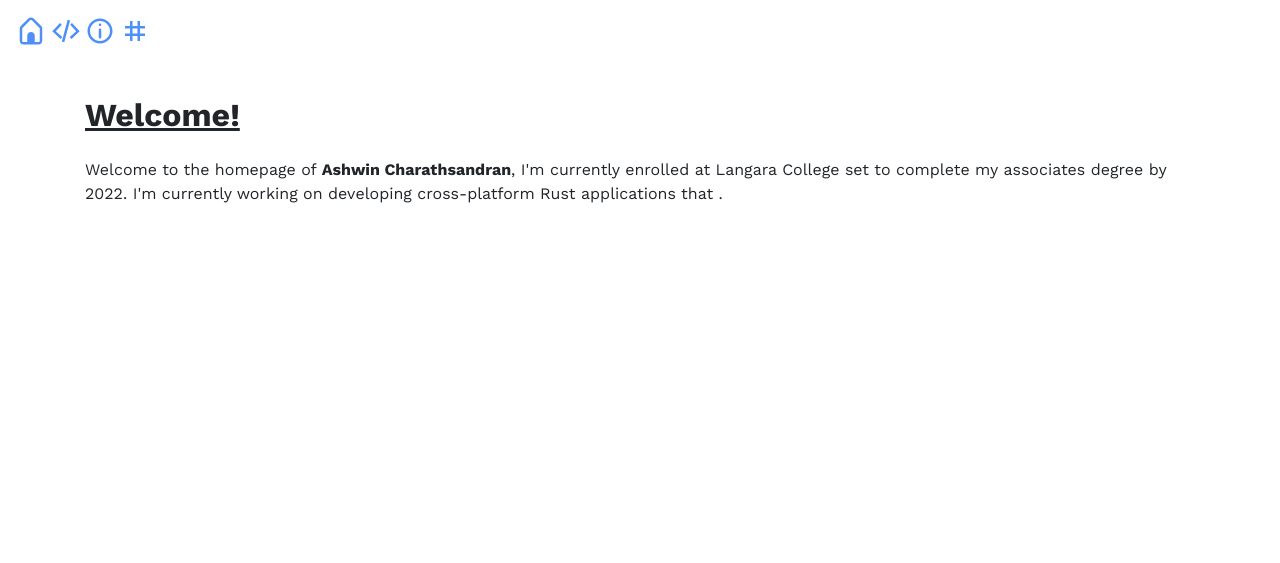
Repository: xxiz/ashwin.lol_flask
Page: http://localhost/
These files come from the project's save history. The page is drawn as it stood at one moment and after the next save; the edit follows.
The browser window is 1280 px wide. The pictures show the whole page.
The page is served by the project's application, run on Flask 3 (app.py).

Above is the page before, as saved 2021-08-31 16:59:25.

After the next save:
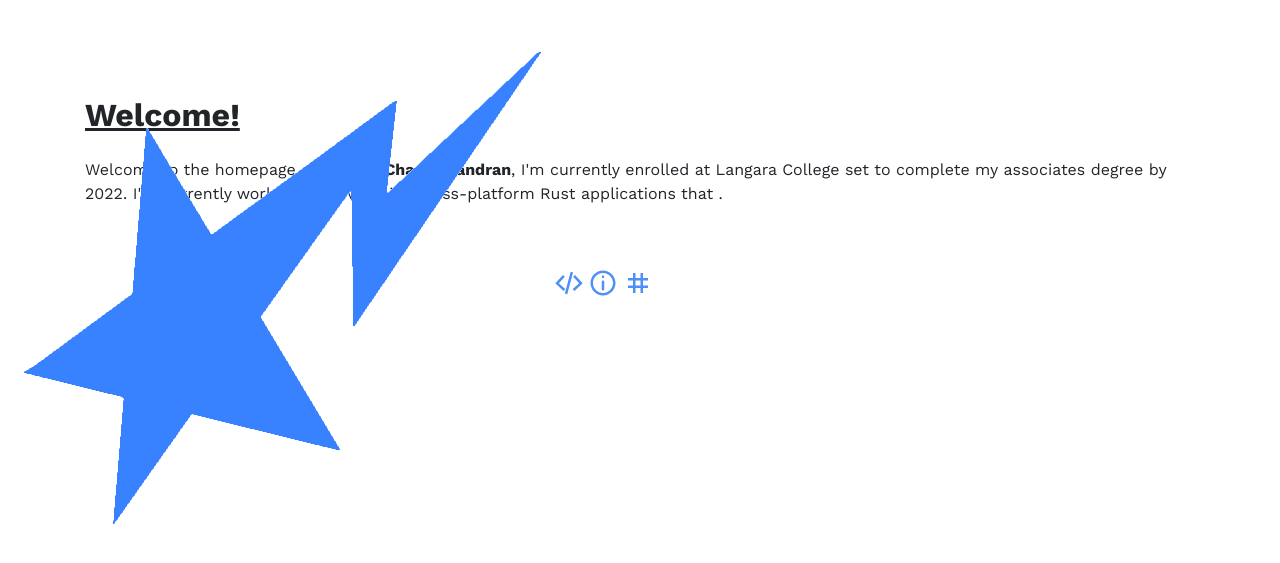
Saved 4 min 26 s later.
--- a/templates/base.html
+++ b/templates/base.html
@@ -13,7 +13,8 @@
 <body>
   <header>
     <nav>
-      <a href="/"><?xml version="1.0" encoding="UTF-8"?><svg fill="none" viewBox="0 0 24 24" xmlns="http://www.w3.org/2000/svg"><path d="m6 22.879c-1.6568 0-3-1.3432-3-3v-10c0-0.03389 0.00169-0.0674 0.00498-0.10043h-0.00498c0-0.57596 0.2288-1.1283 0.63607-1.5356l6.2426-6.2426c1.1715-1.1716 3.071-1.1716 4.2426 0l6.2426 6.2426c0.4073 0.40726 0.6361 0.95963 0.6361 1.5356h-5e-3c0.0033 0.03303 5e-3 0.06654 5e-3 0.10043v10c0 1.6568-1.3431 3-3 3h-12zm6.7071-19.464 6.2929 6.2929v10.172c0 0.5522-0.4477 1-1 1h-3v-5c0-1.6569-1.3431-3-3-3s-3 1.3431-3 3v5h-3c-0.55228 0-1-0.4478-1-1v-10.172l6.2929-6.293c0.3905-0.39052 1.0237-0.39052 1.4142 0z" clip-rule="evenodd" fill="currentColor" fill-rule="evenodd"/></svg></a>
+      <!-- <a href="/"><?xml version="1.0" encoding="UTF-8"?><svg fill="none" viewBox="0 0 24 24" xmlns="http://www.w3.org/2000/svg"><path d="m6 22.879c-1.6568 0-3-1.3432-3-3v-10c0-0.03389 0.00169-0.0674 0.00498-0.10043h-0.00498c0-0.57596 0.2288-1.1283 0.63607-1.5356l6.2426-6.2426c1.1715-1.1716 3.071-1.1716 4.2426 0l6.2426 6.2426c0.4073 0.40726 0.6361 0.95963 0.6361 1.5356h-5e-3c0.0033 0.03303 5e-3 0.06654 5e-3 0.10043v10c0 1.6568-1.3431 3-3 3h-12zm6.7071-19.464 6.2929 6.2929v10.172c0 0.5522-0.4477 1-1 1h-3v-5c0-1.6569-1.3431-3-3-3s-3 1.3431-3 3v5h-3c-0.55228 0-1-0.4478-1-1v-10.172l6.2929-6.293c0.3905-0.39052 1.0237-0.39052 1.4142 0z" clip-rule="evenodd" fill="currentColor" fill-rule="evenodd"/></svg></a> -->
+      <a href="/"><img src="/static/logo.png" alt="A"></a>
       <a href="/projects"><?xml version="1.0" encoding="UTF-8"?><svg viewBox="0 0 24 24" xmlns="http://www.w3.org/2000/svg"><path d="m13.325 3.0501-4.6576 17.382 1.9319 0.5176 4.6575-17.382-1.9318-0.51764z" fill="currentColor"/><path d="m7.612 18.361 1.3594-1.4484-5e-4 -0.0191-5.0943-4.7812 4.7904-5.1041-1.4583-1.3687-6.1591 6.5624 6.5624 6.1591z" fill="currentColor"/><path d="m16.388 18.361-1.3594-1.4484 5e-4 -0.0191 5.0943-4.7812-4.7904-5.1041 1.4583-1.3687 6.1591 6.5624-6.5624 6.1591z" fill="currentColor"/></svg></a>
       <a href=""><?xml version="1.0" encoding="UTF-8"?><svg viewBox="0 0 24 24" xmlns="http://www.w3.org/2000/svg"><path d="m11 10.979c0-0.5523 0.4477-1 1-1s1 0.44773 1 1v6c0 0.5523-0.4477 1-1 1s-1-0.4477-1-1v-6z" fill="currentColor"/><path d="m12 6.0512c-0.5523 0-1 0.44771-1 1 0 0.55228 0.4477 1 1 1s1-0.44772 1-1c0-0.55229-0.4477-1-1-1z" fill="currentColor"/><path d="m12 2c-5.5228 0-10 4.4772-10 10 0 5.5228 4.4772 10 10 10 5.5228 0 10-4.4772 10-10 0-5.5228-4.4772-10-10-10zm-8 10c0 4.4183 3.5817 8 8 8 4.4183 0 8-3.5817 8-8 0-4.4183-3.5817-8-8-8-4.4183 0-8 3.5817-8 8z" clip-rule="evenodd" fill="currentColor" fill-rule="evenodd"/></svg></a>
       <a href=""><?xml version="1.0" encoding="UTF-8"?><svg fill="none" viewBox="0 0 24 24" xmlns="http://www.w3.org/2000/svg"><path d="m8 4v4h-4v2h4v4h-4v2h4v4h2v-4h4v4h2v-4h4v-2h-4v-4h4v-2h-4v-4h-2v4h-4v-4h-2zm6 10v-4h-4v4h4z" clip-rule="evenodd" fill="currentColor" fill-rule="evenodd"/></svg></a>

After the 2 saves that followed:
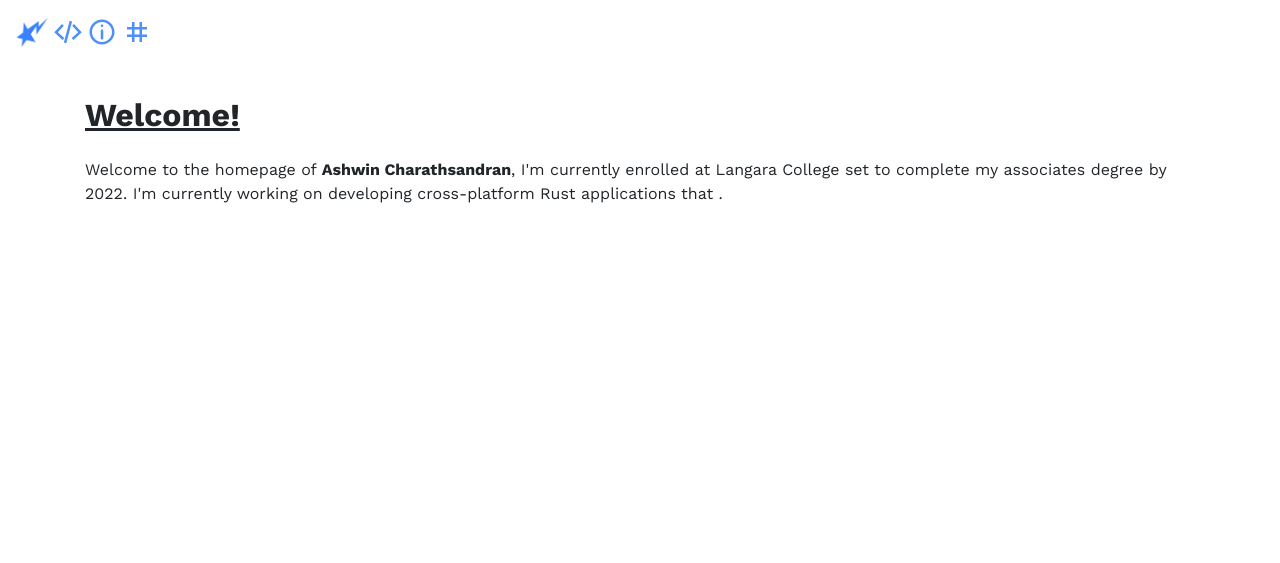
The 2 saves are shown as one change because they came seconds apart.
The last was saved 13 s later.
--- a/templates/base.html
+++ b/templates/base.html
@@ -14,7 +14,7 @@
   <header>
     <nav>
       <!-- <a href="/"><?xml version="1.0" encoding="UTF-8"?><svg fill="none" viewBox="0 0 24 24" xmlns="http://www.w3.org/2000/svg"><path d="m6 22.879c-1.6568 0-3-1.3432-3-3v-10c0-0.03389 0.00169-0.0674 0.00498-0.10043h-0.00498c0-0.57596 0.2288-1.1283 0.63607-1.5356l6.2426-6.2426c1.1715-1.1716 3.071-1.1716 4.2426 0l6.2426 6.2426c0.4073 0.40726 0.6361 0.95963 0.6361 1.5356h-5e-3c0.0033 0.03303 5e-3 0.06654 5e-3 0.10043v10c0 1.6568-1.3431 3-3 3h-12zm6.7071-19.464 6.2929 6.2929v10.172c0 0.5522-0.4477 1-1 1h-3v-5c0-1.6569-1.3431-3-3-3s-3 1.3431-3 3v5h-3c-0.55228 0-1-0.4478-1-1v-10.172l6.2929-6.293c0.3905-0.39052 1.0237-0.39052 1.4142 0z" clip-rule="evenodd" fill="currentColor" fill-rule="evenodd"/></svg></a> -->
-      <a href="/"><img src="/static/logo.png" alt="A"></a>
+      <a href="/"><img width="32" src="/static/logo.png" alt="A"></a>
       <a href="/projects"><?xml version="1.0" encoding="UTF-8"?><svg viewBox="0 0 24 24" xmlns="http://www.w3.org/2000/svg"><path d="m13.325 3.0501-4.6576 17.382 1.9319 0.5176 4.6575-17.382-1.9318-0.51764z" fill="currentColor"/><path d="m7.612 18.361 1.3594-1.4484-5e-4 -0.0191-5.0943-4.7812 4.7904-5.1041-1.4583-1.3687-6.1591 6.5624 6.5624 6.1591z" fill="currentColor"/><path d="m16.388 18.361-1.3594-1.4484 5e-4 -0.0191 5.0943-4.7812-4.7904-5.1041 1.4583-1.3687 6.1591 6.5624-6.5624 6.1591z" fill="currentColor"/></svg></a>
       <a href=""><?xml version="1.0" encoding="UTF-8"?><svg viewBox="0 0 24 24" xmlns="http://www.w3.org/2000/svg"><path d="m11 10.979c0-0.5523 0.4477-1 1-1s1 0.44773 1 1v6c0 0.5523-0.4477 1-1 1s-1-0.4477-1-1v-6z" fill="currentColor"/><path d="m12 6.0512c-0.5523 0-1 0.44771-1 1 0 0.55228 0.4477 1 1 1s1-0.44772 1-1c0-0.55229-0.4477-1-1-1z" fill="currentColor"/><path d="m12 2c-5.5228 0-10 4.4772-10 10 0 5.5228 4.4772 10 10 10 5.5228 0 10-4.4772 10-10 0-5.5228-4.4772-10-10-10zm-8 10c0 4.4183 3.5817 8 8 8 4.4183 0 8-3.5817 8-8 0-4.4183-3.5817-8-8-8-4.4183 0-8 3.5817-8 8z" clip-rule="evenodd" fill="currentColor" fill-rule="evenodd"/></svg></a>
       <a href=""><?xml version="1.0" encoding="UTF-8"?><svg fill="none" viewBox="0 0 24 24" xmlns="http://www.w3.org/2000/svg"><path d="m8 4v4h-4v2h4v4h-4v2h4v4h2v-4h4v4h2v-4h4v-2h-4v-4h4v-2h-4v-4h-2v4h-4v-4h-2zm6 10v-4h-4v4h4z" clip-rule="evenodd" fill="currentColor" fill-rule="evenodd"/></svg></a>
